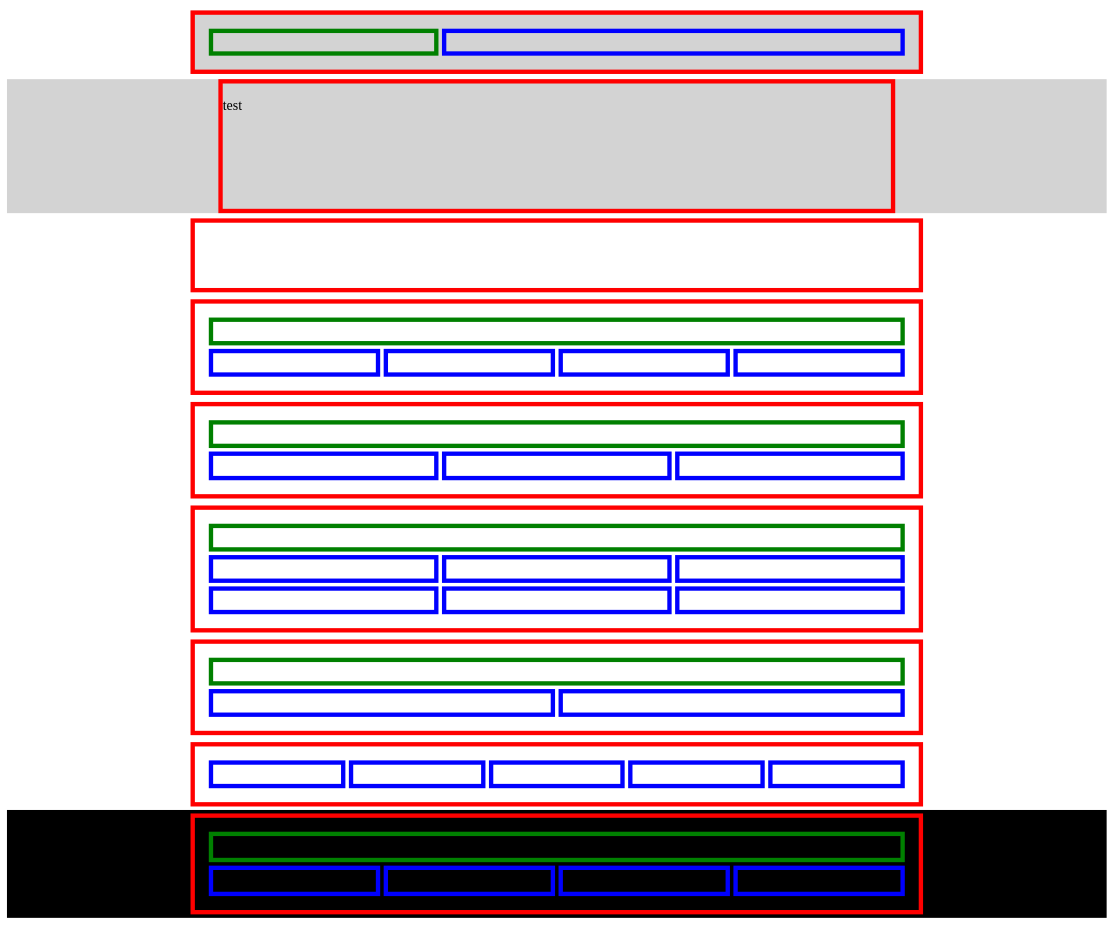
Repository: anderscederberg11/LAB2BG
Page: index.html
An editor plug-in stored every save of this project. The page is shown before and after the next save, followed by the edit.
The browser window is 1280 px wide. The pictures show the whole page, at 87% of full size.

Above is the page before, as saved 2024-01-30 22:57:21.

### index.html
<!doctype html>
<html class="no-js" lang="en">

<head>
  <meta charset="utf-8">
  <meta name="viewport" content="width=device-width, initial-scale=1">
  <title>Sebastians Wonderful Website</title>
  <link rel="stylesheet" href="css/style.css">
  <meta name="description" content="sebastians website">
  <meta property="og:title" content="Sebastians Wonderful Website">
  <meta property="og:type" content="website">
  <meta property="og:url" content="https://www.SebastianWebsite.com">
  <!--<meta property="og:image" content=""> -->

  <link rel="icon" href="/favicon.ico" sizes="any">
  <link rel="icon" href="/icon.svg" type="image/svg+xml">
  <link rel="apple-touch-icon" href="icon.png">

</head>
    <body class="displayContainer">

        <header class="headerContainer">
            <div class="headerTitleContainer">
                <h1 class="title"></h1>
            </div>
            <div class="headerImageContainer"></div>
        </header>

        <div class="sectionOne">
            <div class="sectionOneImage">
                <div class="sectionOneList">
                    <p>test</p>
                </div>
                <!-- image -->
            </div>
        </div>

        <div class="sectionTwo">
            <h1 class="title"></h1>
        </div>

        <div class="sectionThree">
            <div class="headerSectionThree">
                <h2 class="secondHeader"></h2>
                <h5 class="subHeader"></h5>
            </div>
            <div class="card"></div>
            <div class="card"></div>
            <div class="card"></div>
            <div class="card"></div>
        </div>

        <div class="sectionFour">
            <div class="headerSectionFour">
                <h2 class="secondHeader"></h2>
                <h5 class="subHeader"></h5>
            </div>
            <div class="card-special"></div>
            <div class="card"></div>
            <div class="card"></div>
        </div>

        <div class="sectionFive">
            <div class="headerSectionFive">
                <h2 class="secondHeader"></h2>
                <h5 class="subHeader"></h5>
            </div>
            <div class="card"></div>
            <div class="card"></div>
            <div class="card"></div>
            <div class="card"></div>
            <div class="card"></div>
            <div class="card"></div>
        </div>

        <div class="sectionSix">
            <div class="headerSectionSix">
                <h2 class="secondHeader"></h2>
                <h5 class="subHeader"></h5>
            </div>
            <div class="card-special"></div>
            <div class="card-special"></div>
        </div>

        <div class="sectionSeven">
            <div class="card"></div>
            <div class="card"></div>
            <div class="card"></div>
            <div class="card"></div>
            <div class="card"></div>
        </div>

        <footer class="footerContainer">
            <div class="sectionFooter">
                <div class="footerInfo"><h6></h6></div>
                <div class="footerInfoCard"><h4></h4></div>
                <div class="footerInfoCard"><h4></h4></div>
                <div class="footerInfoCard"><h4></h4></div>
                <div class="footerInfoCard"><h4></h4></div>
            </div>
        </footer>

    </body>
</html>

### css/style.css
.displayContainer{
  display:flex;
  flex-direction: column;
  align-items: center;
}

.card, .card-special {
  border: 5px solid blue;
}

.headerContainer{
  grid-template-columns: repeat(3, 1fr);
  background-color: lightgrey;
}

.headerTitleContainer{
  border: 5px solid green;
}

.headerImageContainer{
  grid-column: 2/4;
  border: 5px solid blue;
}

.sectionOne{
  display:flex;
  flex-direction: column;
  align-items: center;
  background-color: lightgrey;
  width:100%;
  border:none;
  margin:0.25vh;
}

.sectionOneList{

}

.sectionOneImage{
  width:60vw;
  height:20vh;
  border: 5px solid red;
}

.headerContainer, .sectionTwo, .sectionThree, .sectionFour, .sectionFive, .sectionSix, .sectionSeven, .sectionFooter{
  display:grid;
  width:50em;
  grid-gap:0.25em;
  padding:1em;
  margin:0.25em;
  border: 5px solid red;
}
.headerSectionThree, .headerSectionFour, .headerSectionFive, .headerSectionSix, .footerInfo{
  border: 5px solid green;
}

.sectionThree, .sectionFooter{
  grid-template-columns: repeat(4, 1fr);
  grid-template-rows: repeat(2, 1fr);
}

.headerSectionThree, .footerInfo{
  grid-column: span 4;
}

.sectionFour{
  grid-template-columns: repeat(3, 1fr);
  grid-template-rows: repeat(2, 1fr);
}

.headerSectionFour{
  grid-column: span 3;
}

.sectionFive{
  grid-template-columns: repeat(3, 1fr);
  grid-template-rows: repeat(3, 1fr);
}

.headerSectionFive{
  grid-column: span 3;
}

.sectionSix{
  grid-template-columns: repeat(2, 1fr);
  grid-template-rows: repeat(2, 1fr);
}

.headerSectionSix{
  grid-column: span 2;
}

.sectionSeven{
  grid-template-columns: repeat(5, 1fr);
  height:31.51px; /*REMOVE*/
}

.footerContainer{
  display:flex;
  flex-direction: column;
  align-items: center;
  width:100%;
  background-color: black;
}

.sectionFooter{

}

.footerInfo{

}

.footerInfoCard{
  border: 5px solid blue;
}

@media screen and (max-width: 40em) {
  .sectionThree, .sectionFour, .sectionFooter, .sectionFive{
    grid-template-columns: repeat(2, 1fr);
    grid-template-rows: repeat(3, 1fr);
  }

  .headerSectionThree, .footerInfo, .headerSectionFour, .sectionFour .card-special, .headerSectionFive {
    grid-column: span 2;
  }

  .sectionFive{
    grid-template-rows: repeat(4, 1fr);
  }

  .sectionSix{
    grid-template-columns: repeat(1, 1fr);
    grid-template-rows: repeat(3, 1fr);
  }

  .headerSectionSix{
    grid-column: span 1;
  }

}

After the next save:
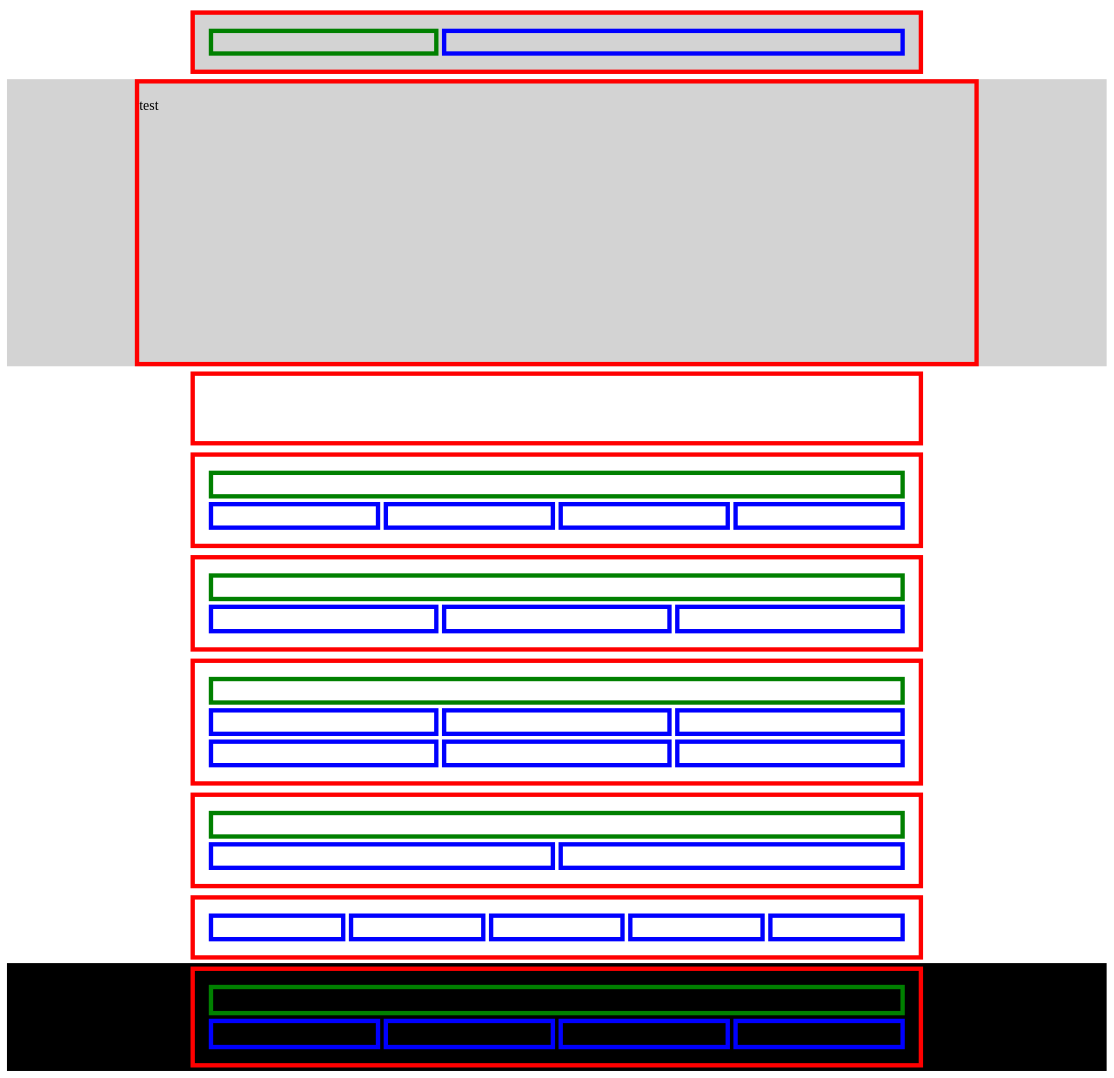
Saved 20 s later.
--- a/css/style.css
+++ b/css/style.css
@@ -37,8 +37,8 @@
 }
 
 .sectionOneImage{
-  width:60vw;
-  height:20vh;
+  width:60em;
+  height:20em;
   border: 5px solid red;
 }
 
